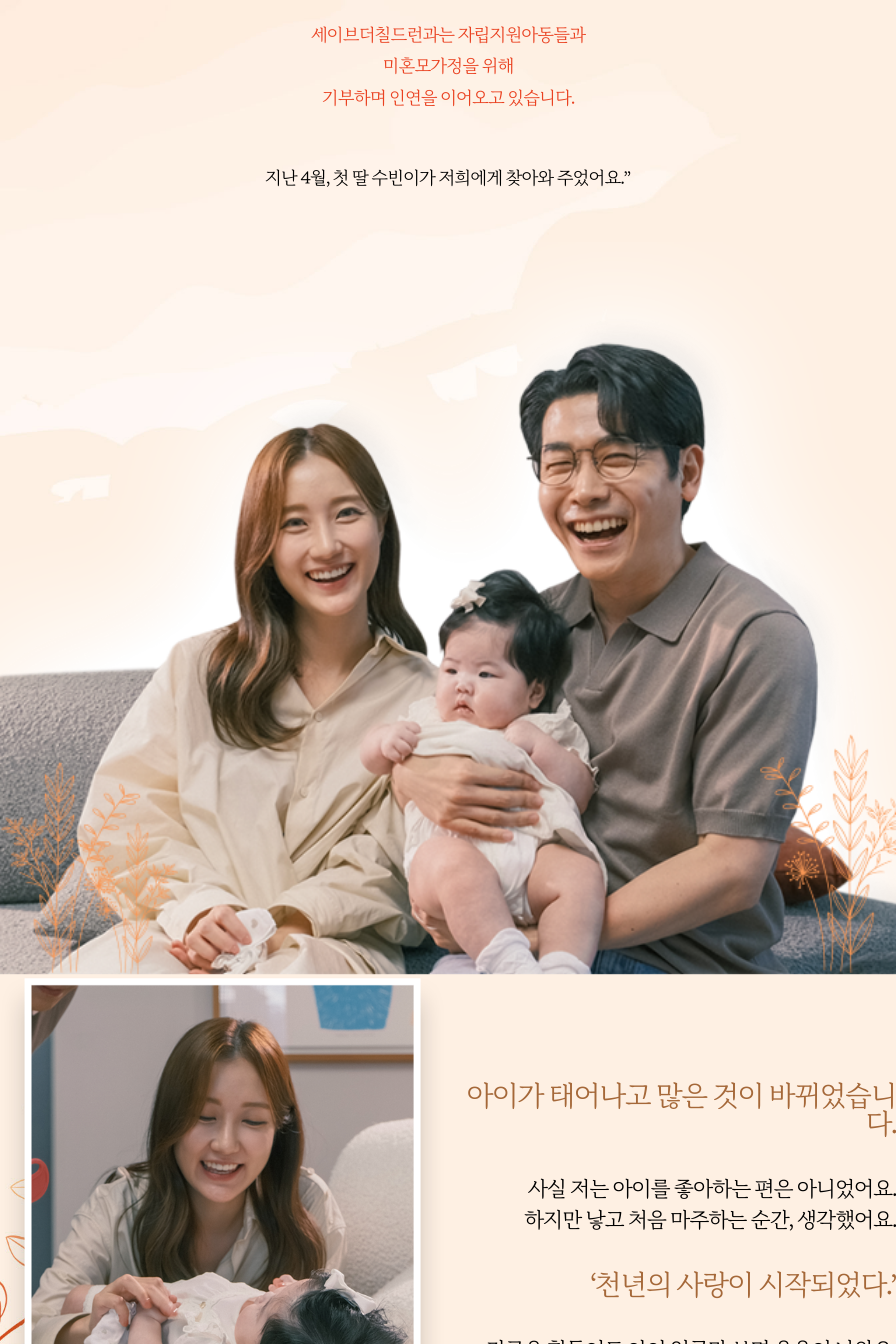
Repository: dlgywls1130/saveTheChildren_2024
Page: index.html
An editor plug-in stored every save of this project. The page is shown before and after the next save, followed by the edit.
The browser window is 1280 px wide. The pictures show the part of the page from y = 1594 to 3514 px (the page is 13301 px tall before and 13231 px after), at 70% of full size.
Some web fonts or font styles are not loaded; a fallback is used. The style sheet was rebuilt from its Sass, Less or Tailwind sources for each picture, by a compiler version that may differ from the author's.

Above is the page before, as saved 2024-11-03 21:01:31.

### index.html
<!DOCTYPE html>
<html lang="en">
<head>
    <meta charset="UTF-8">
    <meta name="viewport" content="width=device-width, initial-scale=1.0">
    <title>Document</title>

    <link rel="stylesheet" href="./css/common.css">
</head>
<body>

    <!-- main -->
    <section class="main_container">
        <div class="container">
            <div class="logo_title mb-40">
                <img src="./images/logo.png" alt="logo">
                <p>우리 아기 좋은 날 기부</p>
            </div>

            <p class="sub_title mb-40">
                의사 오진승, 아나운서 김도연 가족과 함께하는
            </p>

            <h2 class="mb-30">우리 아기<br>좋은 날 일기</h2>

            <p class="sub_span_text mb-40">
                여러분은 자녀의 소중한 순간을<br>
                어떻게 기념 하시나요?
            </p>

            <p class="sub_descript mb-60">
                보통 사진을 찍고 영상을 남기는<br> 분들이 많으실 거에요. <br>
                우리 아이의 소중한 날을<br> 특별하게 기념하는 방법을<br>
                소개해드릴게요
            </p>

            <a href="#" class="record_btn">
                <img src="/images/pencle.png" alt="pencle">
                <p>우리 아기 좋은 날 기록하기</p>
            </a>
        </div>
    </section>

    <!-- 스토리섹션 -->

    <section class="story_section">
        <div class="container pt-100">

            <!-- 영상 -->
            <div class="video_container mb-150 ">
                <video></video>
            </div>

            <div class="story_01">
                <p class="s01 mb-70">
                    “유튜브 <닥터프렌즈>를 운영하는<br> 정신과 전문의 오진승,
                    <br>KBS 전 아나운서, 현 프리랜서 방송인 김도연입니다.
                </p>

                <p class="s01_1 mb-70">
                    세이브더칠드런과는 자립지원아동들과<br> 미혼모가정을 위해
                    <br>기부하며 인연을 이어오고 있습니다.
                </p>

                <p class="s01_2 mb-70">
                    지난 4월, 첫 딸 수빈이가 저희에게 찾아와 주었어요.”
                </p>

                <img src="/images/s1_1.png" alt="story">
            </div>


            <div class="story_02 mb-150">
                <div class="story_02_01">
                    <div class="story_image">
                        <img src="/images/s2_1.png" alt="stroy">
                    </div>
                    <div class="story_text-contain py-150">
                        <p class="story_text_01 mb-50">
                            아이가 태어나고 많은 것이 바뀌었습니다.
                        </p>
                        <p class="story_text_02 mb-50">
                            사실 저는 아이를 좋아하는 편은 아니었어요.
                            <br>하지만 낳고 처음 마주하는 순간, 생각했어요.
                        </p>
                        <p class="story_text_03 mb-50">
                            ‘천년의 사랑이 시작되었다.’
                        </p>

                        <p class="story_text_04">
                            지금은 힘들어도 아이 얼굴만 보면 웃음이 나와요.
                        </p>
                    </div>


                </div>
            </div>

            <div class="story_03 mb-200">
                <div class="story_03_01">
                    <div class="story_text-contain py-150">
                        <p class="story_text_01 mb-100">
                            자신의 자녀를 볼 때 나오는
                            <br>도파민의 양이
                            <br>마음에 드는 이성을 보았을 때
                            <br>나오는 도파민 양의 10배나 된대요.
                        </p>
                        <p class="story_text_02 mb-60">
                            저는 현재에 안주하며 사는 편이었는데,
                            <br>딸이 태어난 후부터 삶에 대해 더 고민하며
                            <br>잘하려고 노력하게 되더라구요.
                        </p>
                        <p class="story_text_03">
                            아이가 삶의 원동력이 된 셈이죠.
                        </p>

                    </div>

                    <div class="story_image">
                        <img src="/images/s3_1.png" alt="stroy">
                    </div>



                </div>
            </div>

            <div class="story_04">
                <div class="story04_01 mb-150">

                    <div class="story_image">
                        <img src="/images/s4_1.png" alt="stroy">
                    </div>

                    <div class="story_text-contain py-100">
                        <p class="story_text_01 mb-60">
                            요즘은 수빈이와 함께
                            <br>놀이터 갈 날을
                            <br>손꼽아 기다리고 있어요.
                        </p>
                        <p class="story_text_02">
                            아직 말귀도 못 알아듣는 아이한테
                            <br>“너 언제 커서 아빠랑 놀이터 갈래?”
                            <br>묻고는 하죠.
                        </p>

                    </div>

                </div>

                <div class="story04_02 mb-200">

                    <div class="story_text-contain pt-30">
                        <p class="story_text_01 mb-50">
                            한편으로는 아이를 정신없이 키우다 보니
                            <br>탄생의 순간이 희미해지고 있었어요.
                        </p>
                        <p class="story_text_02">
                            우리 아기 좋은 날 캠페인에 참여해서
                            <br>직접 <span>기념일 이야기를 담은 후원감사증서</span>를 받아보니,
                            <br>그때 생각이 나서 너무 좋았어요.
                        </p>

                    </div>

                    <div class="story_image">
                        <img src="/images/s4_2.png" alt="stroy">
                    </div>

                </div>
            </div>

            <div class="story_05">
                <div class="story_05_01 pt-120 pb-60 px-60 mb-150">
                    <div class="img_story">
                        <img src="/images/s5_1.png">
                    </div>
                    <div class="story_text">
                        “아이가 건강하게 발달단계를 해내는
                        <br>소중한 순간에 기부를 하면
                        <br>수빈이가 더 건강하고,행복하게
                        <br>자라게 되지 않을까요?
                        <br>
                        <br>소중한 순간마다 기부하고
                        <br>앨범처럼 남겨서 보여주면
                        <br>자랑스러운 부모가 될 것 같아요”
                    </div>
                </div>

                <div class="story_05_02 px-60 mb-150">

                    <div class="story_text">
                        “저는 칭찬 받거나 스스로에게 자부심을
                        <br>느낀 순간은 오래 기억된다고 생각해요.
                        <br>
                        <br>내 아이에게 ‘네가 첫 양치질을 잘 해낸
                        <br>기념으로  다른 친구를 도왔어.’ 라고
                        <br>말해준다면 그 뿌듯함을 밑거름으로
                        <br>자기 자신과 다른 사람 모두 사랑할 수 있는
                        <br>아이로 성장하지 않을까요?”
                    </div>

                    <div class="img_story">
                        <img src="/images/s5_2.png">
                    </div>

                </div>


                <div class="middle_cotain pb-100">
                    <p class="mb-70">첫 걸음마, 첫돌, 처음 엄마 아빠를 부른 날, 처음 비를 맞아본 날,
                    <br>처음 놀이터에 간 날, 그 소중한 순간을 기부로 기록해 보세요.</p>

                    <p class="mb-200">후원해주신 모든 분들께 직접 작성한 기념일 이야기가 담긴 <span>후원감사증서</span>를 드리며,
                    <br>30만원 이상 후원해 주신 분들께는 이름을 수놓은 <span>순면거즈블랭킷</span>을 증정하고 있습니다. </p>

                    <div class="middle_image mb-100">
                        <div class="middel_left">
                            <img src="/images/s6_1.png">
                        </div>
                        <div class="middel_right">
                            <img src="/images/s6_2.png">
                        </div>

                        <a href="#">
                            <img src="/images/floating.png" class="float_image">
                        </a>

                    </div>


                    <a href="#" class="record_btn">
                        <img src="/images/pencle.png" alt="pencle">
                        <p>우리 아기 좋은 날 기록하기</p>
                    </a>
                </div>



            </div>

        </div>


    </section>

    <!-- info -->

    <section class="sponsor_section">

        <div class="container py-150">

            <!-- 후원신청 -->
            <div class="sponsor-container pt-100 mb-150">
                <h2 class="mb-80">후원신청 과정</h2>

                <div class="sponsor_list  mb-80">
                    <div class="sponsor_list_inner">
                        <div class="list-inner-img">
                            <img src="/images/circle_1.png" alt="sponsor">
                        </div>
                        <p>후원신청하기</p>

                    </div>
                    <span class="arrow-img"><img src="/images/arrow.png"></span>
                    <div class="sponsor_list_inner">
                        <div class="list-inner-img">
                            <img src="/images/circle_2.png">
                        </div>
                        <p>후원감사증서<br>메시지 적기</p>

                    </div>
                    <span class="arrow-img"><img src="/images/arrow.png"></span>
                    <div class="sponsor_list_inner">
                        <div class="list-inner-img">
                            <img src="/images/circle_3.png">
                        </div>
                        <p>신청완료</p>

                    </div>
                    <span class="arrow-img"><img src="/images/arrow.png"></span>
                    <div class="sponsor_list_inner">
                        <div class="list-inner-img">
                            <img src="/images/circle_4.png">
                        </div>
                        <p>후원감사증서 발송<br>(1주일이내)</p>

                    </div>
                </div>

                <p class="info-span">30만원 이상 후원자 분들께는 순면거즈블랭킷 제작을 위한 문자가 별도 발송됩니다. (후원 2-3일 이내)</p>
            </div>


            <div class="sponsor-inner mb-150">
                <h2 class="mb-100">후원금, 이렇게 쓰여요!</h2>

                <p class="mb-100">
                    세이브더칠드런은 국내외 아동을 대상으로
                    <br>생계지원, 의료지원,  영유아용품지원, 재해재난 상황에서의
                    <br>긴급구호 등의 활동을 진행하고 있습니다.
                    <br>
                    <br>보내주신 후원금은 정치, 종교, 인종에 관계없이
                    <br>모든 아이들을 구해야 한다는  세이브더칠드런의 신념에 따라
                    <br>가장 도움 필요한 아이를 위해 우선 사용됩니다.

                </p>

                <img src="/images/baby.png">
            </div>

            <div class="faq_section">
                <div class="container">
                    <h2 class="mb-40">FAQ</h2>

                    <ul class="faq_list">
                        <li>
                            <div class="faq_question">
                                <img src="/images/leaves.png">
                                <p>30만원 이상 후원했습니다. 거즈 순면 블랭킷은 언제 오나요?</p>
                            </div>
                            <div class="faq_answer">
                                우리 아기 좋은 날 기부로 30만원 이상 후원자님들께는 담요에 수놓을 아기 이름과 선물 수령 주소
                                <br>확인을 위한 문자가 발송됩니다. 02-6900-4479로 발송되는 문자 속 설문조사에 답해주세요.
                                <br>확인을 완료하신 분들께는 블랭킷 제작을 담당하고 있는 조니 스튜디오에서 아기 이름 자수
                                <br>작업 완료 후 배송해 드립니다.

                            </div>
                        </li>
                        <li>
                            <div class="faq_question">
                                <img src="/images/leaves.png">
                                <p>순면 거즈 블랭킷, 안전한 제품인가요? </p>
                            </div>
                            <div class="faq_answer">
                                본 블랭킷은 워싱된 3중 거즈로 제작되었으며, KC안전검사를 완료하였습니다.
                                <br>소재 특성상 섬유 조각이 발생할 수 있어 망에 넣지 않고 3번 정도 물빨래 하시는 것을 권장합니다.

                            </div>
                        </li>
                        <li>
                            <div class="faq_question">
                                <img src="/images/leaves.png">
                                <p>순면 거즈 블랭킷을 받았는 데 하자가 있어요. 어떻게 해야 하나요? </p>
                            </div>
                            <div class="faq_answer">
                                물품에 동봉된 조니스튜디오 연락처로 연락 부탁드립니다. 하자 물품에 대한 교환은 수령일로부터
                                <br>7일 이내에 조니스튜디오에 연락해주셔야 하며, 이로 인한 후원금 환불은 어렵습니다.

                            </div>
                        </li>
                        <li>
                            <div class="faq_question">
                                <img src="/images/leaves.png">
                                <p>후원감사증서에 넣을 수 있는 사진 사이즈는 얼마인가요?</p>
                            </div>
                            <div class="faq_answer">
                                사진 인화 사이즈 5*7 인치에 맞추어서 제작되었습니다.  그보다 작은 사진일 경우,
                                <br>후원감사증서  내부의 주머니에 넣어 보관하실 수도  있습니다.

                            </div>
                        </li>
                    </ul>
                </div>
            </div>
        </div>

    </section>


</body>
</html>

Loaded but not shown: css/common.scss (992 lines, source omitted)

After the next save:
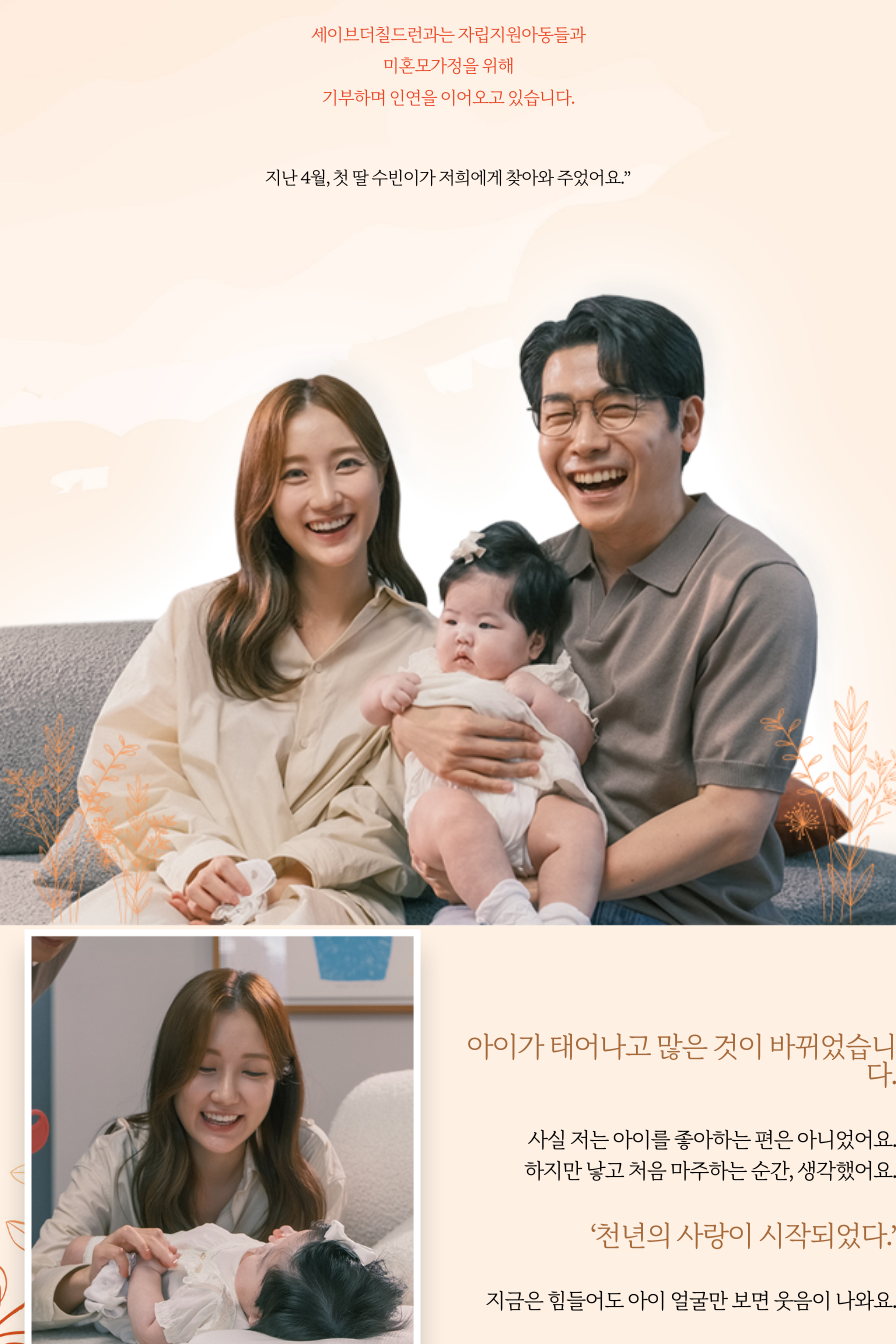
Saved 44 s later.
--- a/index.html
+++ b/index.html
@@ -62,7 +62,7 @@
                     <br>기부하며 인연을 이어오고 있습니다.
                 </p>
 
-                <p class="s01_2 mb-70">
+                <p class="s01_2">
                     지난 4월, 첫 딸 수빈이가 저희에게 찾아와 주었어요.”
                 </p>
 
